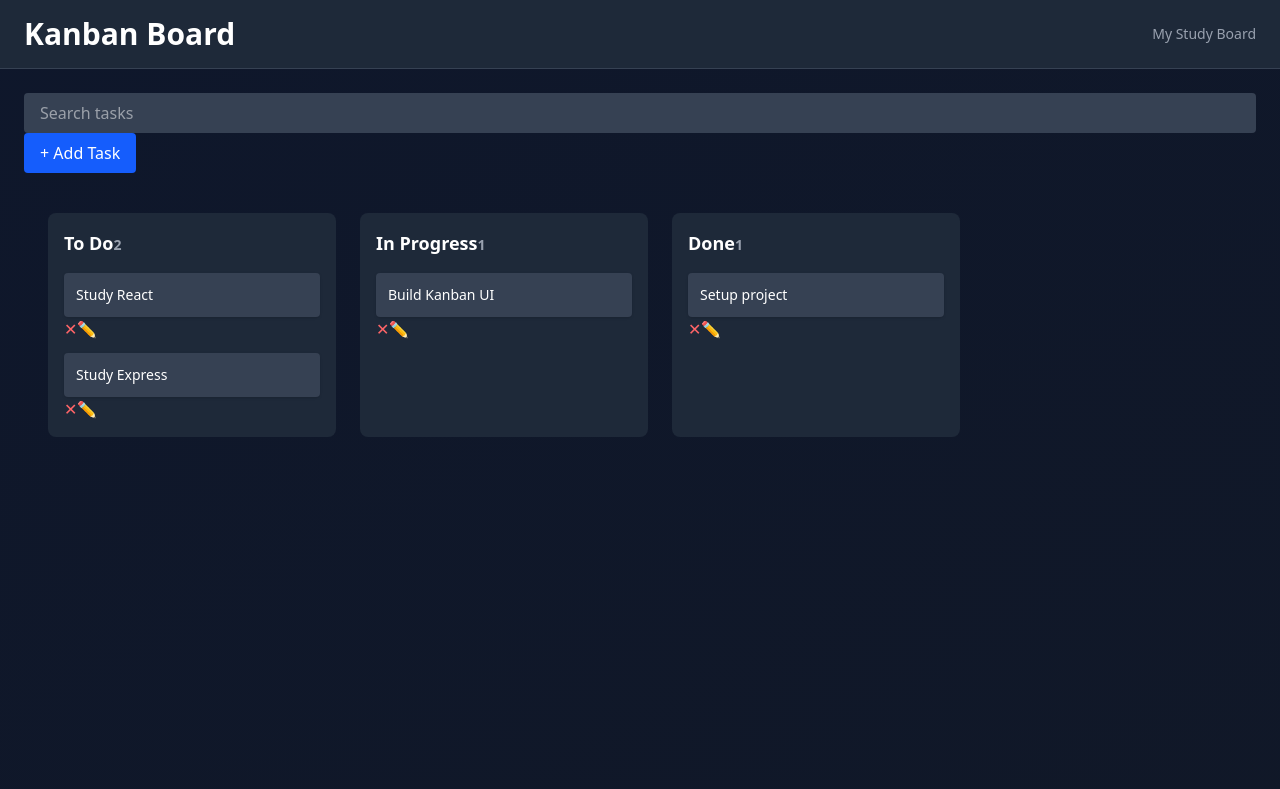
Repository: Reno-mathews/Kanban-Board-MERN
Page: / (app in frontend/)
The author's editor kept a copy of each file at every save. The page is drawn from the files as they stood at one save, then again after a run of saves.
The browser window is 1280 px wide. The pictures show the whole page.
The project was rebuilt for these pictures with package versions that can differ from the ones it lists, and the page was loaded fresh each time. Also part of the build but not shown: frontend/vite.config.js, frontend/src/components/AddTaskModal.jsx, frontend/src/components/EditTaskModal.jsx.

Above is the page before, as saved 2026-01-28 17:50:23.

### frontend/src/App.jsx
import { useState } from 'react'
import Board from "./components/Board";
import Header from "./components/Header";

function App() {
  const [count, setCount] = useState(0)

  return (
      <div className="nin-h-screen bg-gray-900 text-white">
        <Header />
        <Board />
      </div>
  );
}

export default App;

### frontend/src/components/Board.jsx
import { useState } from "react";
import Column from "./Column";
import SearchBar from "./SearchBar";
import { DndContext, closestCenter } from "@dnd-kit/core";
import AddTaskModal from "./AddTaskModal";
import EditTaskModal from "./EditTaskModal";
import { useKanbanBoard } from "../hooks/useKanbanBoard";

function Board() {
  const {
    columns,
    setColumns,
    searchQuery,
    setSearchQuery,
    isModalOpen,
    setIsModalOpen,
    newTaskTitle,
    setNewTaskTitle,
    selectedColumnId,
    setSelectedColumnId,
    isEditModalOpen,
    setIsEditModalOpen,
    taskBeingEdited,
    setTaskBeingEdited,
    editedTitle,
    setEditedTitle,
    handleAddTask,
    handleDeleteTask,
    handleEditClick,
    handleSaveEdit,
    handleDragEnd,
    lastDeletedTask,
    undoDelete,
  } = useKanbanBoard();


  return (
    <div className="p-6 min-h-screen bg-gradient-to-br from-slate-900 to-gray-900 text-white">
      <SearchBar
        searchQuery={searchQuery}
        setSearchQuery={setSearchQuery}
      />

      <button
        onClick={() => setIsModalOpen(true)}
        className="bg-blue-600 hover:bg-blue-700 px-4 py-2 rounded mb-4"
      >
        + Add Task
      </button>

     <AddTaskModal
      isOpen={isModalOpen}
      onClose={() => setIsModalOpen(false)}
      onAdd={handleAddTask}
      newTaskTitle={newTaskTitle}
      setNewTaskTitle={setNewTaskTitle}
      selectedColumnId={selectedColumnId}
      setSelectedColumnId={setSelectedColumnId}
      columns={columns}
    />

    <EditTaskModal
      isOpen={isEditModalOpen}
      onClose={() => setIsEditModalOpen(false)}
      onSave={handleSaveEdit}
      editedTitle={editedTitle}
      setEditedTitle={setEditedTitle}
    />

      <DndContext
        collisionDetection={closestCenter}
        onDragEnd={handleDragEnd}
      >
        <div className="flex gap-6 p-6 overflow-x-auto">
          {columns.map((column) => {
            const filteredTasks = column.tasks.filter((task) =>
              task.title
                .toLowerCase()
                .includes(searchQuery.toLowerCase())
            );

            return (
              <Column
                key={column.id}
                column={{ ...column, tasks: filteredTasks }}
                onDeleteTask={handleDeleteTask}
                onEditTask={handleEditClick}
              />
            );
          })}
        </div>
      </DndContext>

      {lastDeletedTask && (
        <div className="fixed bottom-4 left-1/2 -translate-x1/2 bg-gray-800 px-4 py-2 rounded flex gap-4 items-center shadow-lg">
          <span>Task deleted</span>
          <button
            onClick={undoDelete}
            className="text-blue-400 hover:underline"
          >
            Undo
          </button>
        </div>
      )}
    </div>
  );
}

export default Board;

### frontend/src/components/Header.jsx
function Header() {
    return (
        <div className="flex items-center justify-between px-6 py-4 bg-gray-800 border-b border-gray-700">
        <h1 className="text-3xl font-bold text-center">
            Kanban Board
        </h1>
        <p className="text-sm text-gray-400">My Study Board</p>
        </div>
    );

}
export default Header;

### frontend/src/components/Column.jsx
import { SortableContext, verticalListSortingStrategy} from "@dnd-kit/sortable";
import TaskCard from "./TaskCard";

function Column({ column, onDeleteTask, onEditTask }) {
    return(
        <div className="bg-gray-800 rounded-lg p-4 w-72 flex-shrink-0 transition-colours hover:bg-gray-700">
            <h2 className="text-lg font-semibold mb-4 justify-between items-center">
                <span>{column.title}</span>
                <span className="text-sm text-gray-400">
                    {column.tasks.length}
                </span>
            </h2>

            <SortableContext
                items={column.tasks.map((task) => task.id)}
                strategy={verticalListSortingStrategy}
            >
                <div className="space-y-3">
                    {column.tasks.length === 0 && (
                        <p className="text-sm text-gray-400 text-center italic">
                            No tasks yet
                        </p>
                    )}
                    {column.tasks.map((task) => (
                        <TaskCard
                            key={task.id}
                            task={task}
                            onDelete={onDeleteTask}
                            onEdit={onEditTask}
                        />
                    ))}
                </div>
            </SortableContext>
            </div>
    );
}

export default Column;

### frontend/src/components/SearchBar.jsx
function SearchBar({ searchQuery, setSearchQuery }) {
    return (
        <input
            type="text"
            placeholder="Search tasks"
            value={searchQuery}
            onChange={(e) => setSearchQuery(e.target.value)}
            className="w-full px-4 py-2 rounded bg-gray-700 focus:outline-none focus:ring-2 focus:ring-blue-500"
            />
    );
}

export default SearchBar;

### frontend/src/hooks/useKanbanBoard.js
import { useState, useEffect } from "react";

export function useKanbanBoard() {
    const [columns, setColumns] = useState([
        {
            id: 1,
            title: "To Do",
            tasks: [
                { id: 1, title: "Study React" },
                { id: 2, title: "Study Express" },
            ],
        },
        {
            id: 2,
            title: "In Progress",
            tasks: [{ id: 3, title: "Build Kanban UI" }],
        },
        {
            id: 3,
            title: "Done",
            tasks: [{ id: 4, title: "Setup project "}],
        },
    ]);

    const [searchQuery, setSearchQuery] = useState("");
    const [isModalOpen, setIsModalOpen] = useState(false);
    const [newTaskTitle, setNewTaskTitle] = useState("");
    const [selectedColumnId, setSelectedColumnId] = useState(1);

    const [isEditModalOpen, setIsEditModalOpen] = useState(false);
    const [taskBeingEdited, setTaskBeingEdited] = useState(null);
    const [editedTitle, setEditedTitle] = useState("");
    const [lastDeletedTask, setLastDeletedTask] = useState(null);
    const handleAddTask = () => {
        if (!newTaskTitle.trim()) return;

        const newTask ={
            id:Date.now(),
            title: newTaskTitle,
        };

        const updatedColumns = columns.map((column) => {
            if (column.id === selectedColumnId) {
                return {
                    ...column,
                    tasks: [...column.tasks, newTask]
                };
            }
            return column;
        });

        setColumns (updatedColumns);
        setNewTaskTitle("");
        setSelectedColumnId(1);
        setIsModalOpen(false)
    };

    const handleDeleteTask = (taskId) => {
        let deletedTask = null;
        let sourceColumnId = null;

        setColumns((prev) =>
        prev.map((column) => {
            const task = column.tasks.find((t) => t.id === taskId);
            if (task) {
                deletedTask = task;
                sourceColumnId=column.id;
            }

            return {
                ...column,
                tasks: column.tasks.filter((t) => t.id !== taskId),
            };
        })
    );

    setLastDeletedTask({
        task: deletedTask,
        columnId: sourceColumnId,
    });
    };

    const undoDelete = () => {
        if(!lastDeletedTask) return;

        const { task, columnId } = lastDeletedTask;

        setColumns((prev) =>
        prev.map((column) =>
            column.id === columnId
        ? {...column, tasks: [...column.tasks, task]}
    : column
)
);
setLastDeletedTask(null);
    }

  const handleEditClick = (task) => {
    setTaskBeingEdited(task);
    setEditedTitle(task.title);
    setIsEditModalOpen(true);
  };

  const handleSaveEdit = () => {
    if (!editedTitle.trim()) return;

    const updatedColumns = columns.map((column) => ({
      ...column,
      tasks: column.tasks.map((task) =>
      task.id === taskBeingEdited.id
    ? { ...task, title: editedTitle }
  : task
),
    }));

    setColumns(updatedColumns);
    setIsEditModalOpen(false);
    setTaskBeingEdited(null);
    setEditedTitle("");
  };

   // Drag logic
  const handleDragEnd = (event) => {
    const { active, over } = event;
    if (!over) return;

    const activeId = active.id;
    const overId = over.id;
    if (activeId === overId) return;

    let movedTask = null;
    let sourceColumnId = null;
    let destinationColumnId = null;

    // Remove from source column
    const tempColumns = columns.map((column) => {
      const taskIndex = column.tasks.findIndex(
        (task) => task.id === activeId
      );

      if (taskIndex !== -1) {
        movedTask = column.tasks[taskIndex];
        sourceColumnId = column.id;
        return {
          ...column,
          tasks: column.tasks.filter((task) => task.id !== activeId),
        };
      }
      return column;
    });

    // Find destination column
    tempColumns.forEach((column) => {
      if (column.tasks.some((task) => task.id === overId)) {
        destinationColumnId = column.id;
      }
    });

    const targetColumnId = destinationColumnId || sourceColumnId;

    const finalColumns = tempColumns.map((column) => {
      if (column.id === targetColumnId) {
        return {
          ...column,
          tasks: [...column.tasks, movedTask],
        };
      }
      return column;
    });

    setColumns(finalColumns);
  };



    return {
        columns,
        setColumns,
        searchQuery,
        setSearchQuery,
        isModalOpen,
        setIsModalOpen,
        newTaskTitle,
        setNewTaskTitle,
        selectedColumnId,
        setSelectedColumnId,
        isEditModalOpen,
        setIsEditModalOpen,
        taskBeingEdited,
        setTaskBeingEdited,
        editedTitle,
        setEditedTitle,
        handleAddTask,
        handleDeleteTask,
        handleEditClick,
        handleSaveEdit,
        handleDragEnd,
        lastDeletedTask,
        undoDelete,
    };
}

### frontend/src/components/TaskCard.jsx
import { useSortable } from "@dnd-kit/sortable";
import { CSS } from "@dnd-kit/utilities";

function TaskCard({ task, onDelete, onEdit }) {

    const {
        attributes,
        listeners,
        setNodeRef,
        transform,
        transition,
    } = useSortable({ id: task.id });

    const style = {
        transform: CSS.Transform.toString(transform),
        transition,
    };

    return (
        <div>
        <div
        ref={setNodeRef}
        style={style}
        {...attributes}
        {...listeners}
        className="bg-gray-700 p-3 rounded shadow hover:bg-gray-600 cursor-grab transition active-curosr-grabbing"
        >
        <p className="text-sm">{task.title}</p>

</div>
        <button
            onClick={(e) => {
                e.stopPropagation();
                onDelete(task.id);
            }}
            className="text-red-400 hover:text-red-600"
        >
            ✕
        </button>


        <button
            onClick={(e) =>{
            e.stopPropagation();
            onEdit(task)}
            }
            className="text-red-400 hover:text-red-600"
        >
         ✏️
        </button>
</div>
    );
}

export default TaskCard;

Loaded but not shown: frontend/index.html (common file); frontend/src/main.jsx (common file); frontend/src/index.css (common file)

After the next 2 saves:
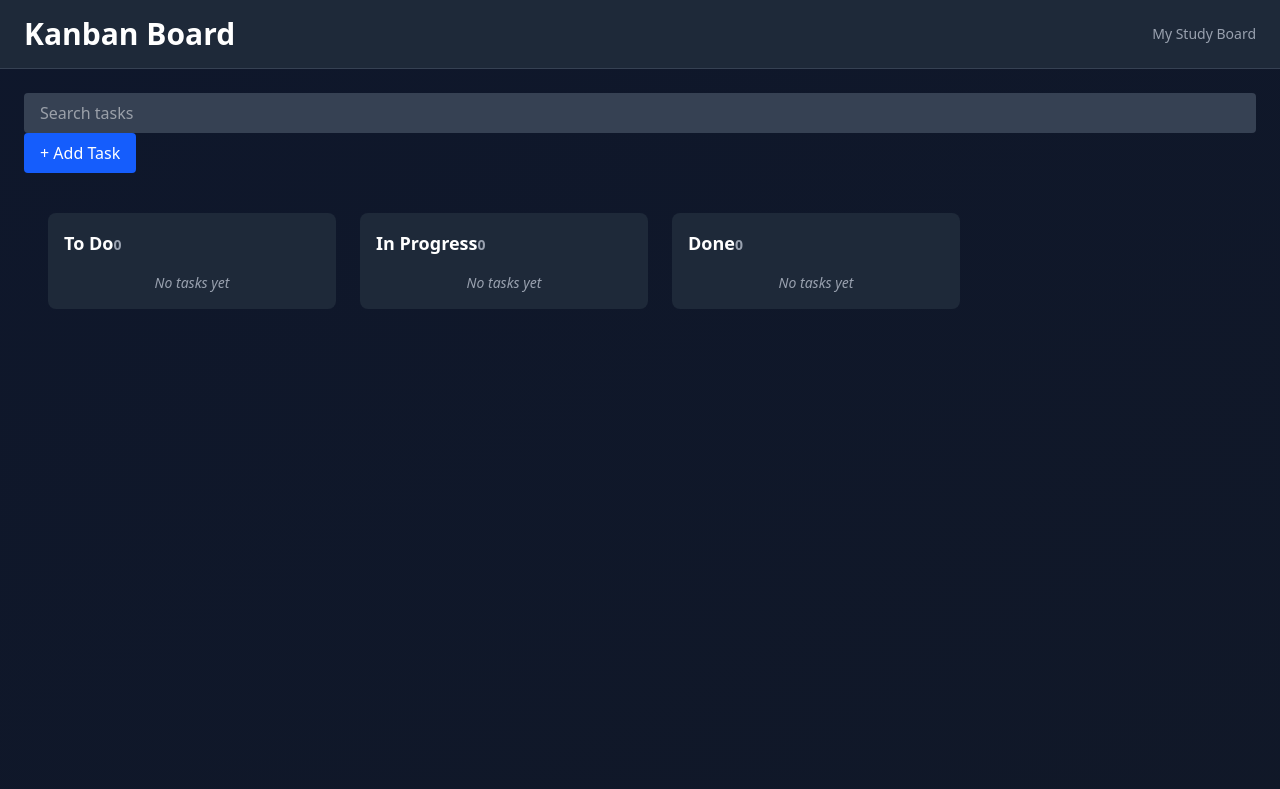
The 2 saves are shown as one change because 1 did not build or start.
The last was saved 9 min 33 s later.
--- a/frontend/src/hooks/useKanbanBoard.js
+++ b/frontend/src/hooks/useKanbanBoard.js
@@ -2,24 +2,9 @@ import { useState, useEffect } from "react";
 
 export function useKanbanBoard() {
     const [columns, setColumns] = useState([
-        {
-            id: 1,
-            title: "To Do",
-            tasks: [
-                { id: 1, title: "Study React" },
-                { id: 2, title: "Study Express" },
-            ],
-        },
-        {
-            id: 2,
-            title: "In Progress",
-            tasks: [{ id: 3, title: "Build Kanban UI" }],
-        },
-        {
-            id: 3,
-            title: "Done",
-            tasks: [{ id: 4, title: "Setup project "}],
-        },
+        { id: "todo", title: "To Do", tasks: [] },
+        { id: "in-progress", title: "In Progress", tasks: []},
+        { id: "done", title: "Done", tasks: [] },
     ]);
 
     const [searchQuery, setSearchQuery] = useState("");
